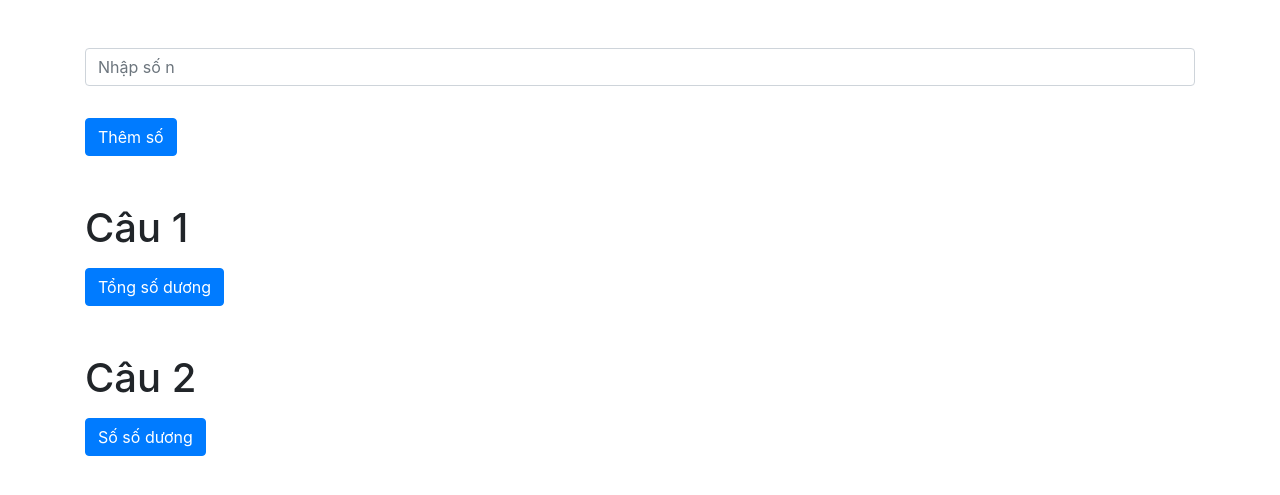
Repository: thanhfrankie/BC10-LeMinhThanh-Js-b7-8
Page: index.html
An editor plug-in stored every save of this project. The page is shown before and after the next save, followed by the edit.
The browser window is 1280 px wide. The pictures show the whole page.

Above is the page before, as saved 2023-12-27 21:29:17.

### index.html
<!doctype html>
<html lang="en">
  <head>
    <title>Title</title>
    <!-- Required meta tags -->
    <meta charset="utf-8">
    <meta name="viewport" content="width=device-width, initial-scale=1, shrink-to-fit=no">

    <!-- Bootstrap CSS -->
    <link rel="stylesheet" href="https://cdn.jsdelivr.net/npm/bootstrap@4.6.2/dist/css/bootstrap.min.css" integrity="sha384-xOolHFLEh07PJGoPkLv1IbcEPTNtaed2xpHsD9ESMhqIYd0nLMwNLD69Npy4HI+N" crossorigin="anonymous">

  </head>
  <body>
    <div class="container mt-4">
        <div class="form-group">

            <label for="nhap-so-n"></label>
            <input
              type="number"
              class="form-control"
              name=""
              id="nhap-so-n"
              aria-describedby="helpId"
              placeholder="Nhập số n"
              required
            />
          </div>
        <button
        type="button"
        onclick="themSo()"
        class="btn btn-primary mt-3"
        id="ket-qua-tuyen-sinh"
      >
        Thêm số
      </button>
      <!-- Câu 1 -->
      <h1 class="mt-5">Câu 1</h1>
        <p class="mt-3">
            <button class="btn btn-primary" type="button" data-toggle="collapse" data-target="#contentId" aria-expanded="false"
                    aria-controls="contentId">
                Tổng số dương
            </button>
          </p>
          <div class="collapse" id="contentId">

            <div class="btn btn-danger" onclick="tinhTong()">Tính tổng</div>
            <h2 id="tong-so-duong"></h2>
          </div>
          <!-- Câu 2 -->
          <h1 class="mt-5">Câu 2</h1>
          <p class="mt-3">
              <button class="btn btn-primary" type="button" data-toggle="collapse" data-target="#contentId" aria-expanded="false"
                      aria-controls="contentId">
                  Số số dương
              </button>
            </p>
            <div class="collapse" id="contentId">

              <div class="btn btn-danger" onclick="tinhTong()">Tính tổng</div>
              <h2 id="tong-so-duong"></h2>
            </div>

    </div>




    <!-- Optional JavaScript -->
    <!-- jQuery first, then Popper.js, then Bootstrap JS -->
    <script src="https://cdn.jsdelivr.net/npm/jquery@3.5.1/dist/jquery.slim.min.js" integrity="sha384-DfXdz2htPH0lsSSs5nCTpuj/zy4C+OGpamoFVy38MVBnE+IbbVYUew+OrCXaRkfj" crossorigin="anonymous"></script>
    <script src="https://cdn.jsdelivr.net/npm/popper.js@1.16.1/dist/umd/popper.min.js" integrity="sha384-9/reFTGAW83EW2RDu2S0VKaIzap3H66lZH81PoYlFhbGU+6BZp6G7niu735Sk7lN" crossorigin="anonymous"></script>
    <script src="https://cdn.jsdelivr.net/npm/bootstrap@4.6.2/dist/js/bootstrap.min.js" integrity="sha384-+sLIOodYLS7CIrQpBjl+C7nPvqq+FbNUBDunl/OZv93DB7Ln/533i8e/mZXLi/P+" crossorigin="anonymous"></script>

    <script src="./index.js"></script>
  </body>
</html>

### index.js
var daySo = []
function clearInput() {
document.getElementById("nhap-so-n").value =""

}
function themSo() {
    var soThemVao = document.getElementById("nhap-so-n").value *1
    daySo.push(soThemVao)
    console.log("🥶 - daySo:", daySo)
    clearInput()
}

// câu 1: Tổng số dương
function tinhTong() {
    var tongCacSoDuong = 0
    for (i = 0; i < daySo.length; i++) {
        if (daySo[i] > 0) {
            tongCacSoDuong = tongCacSoDuong + daySo[i]
        }
    }
    var ketqua = document.getElementById("tong-so-duong")
    ketqua.innerHTML = `Tổng số dương: ${tongCacSoDuong}`
}

After the next save:
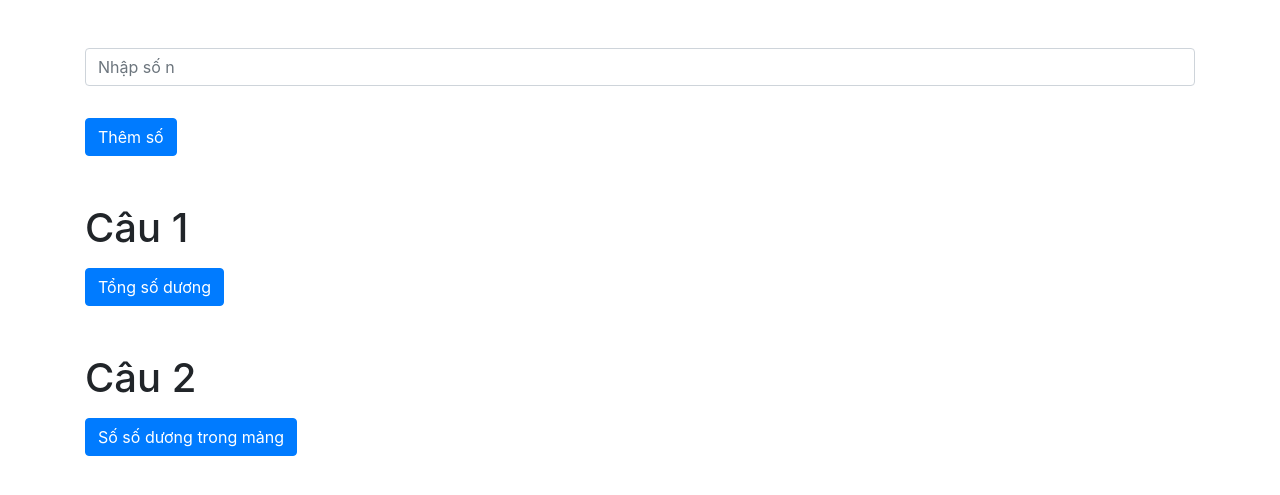
Saved 7 s later.
--- a/index.html
+++ b/index.html
@@ -51,7 +51,7 @@
           <p class="mt-3">
               <button class="btn btn-primary" type="button" data-toggle="collapse" data-target="#contentId" aria-expanded="false"
                       aria-controls="contentId">
-                  Số số dương
+                  Số số dương trong mảng
               </button>
             </p>
             <div class="collapse" id="contentId">
